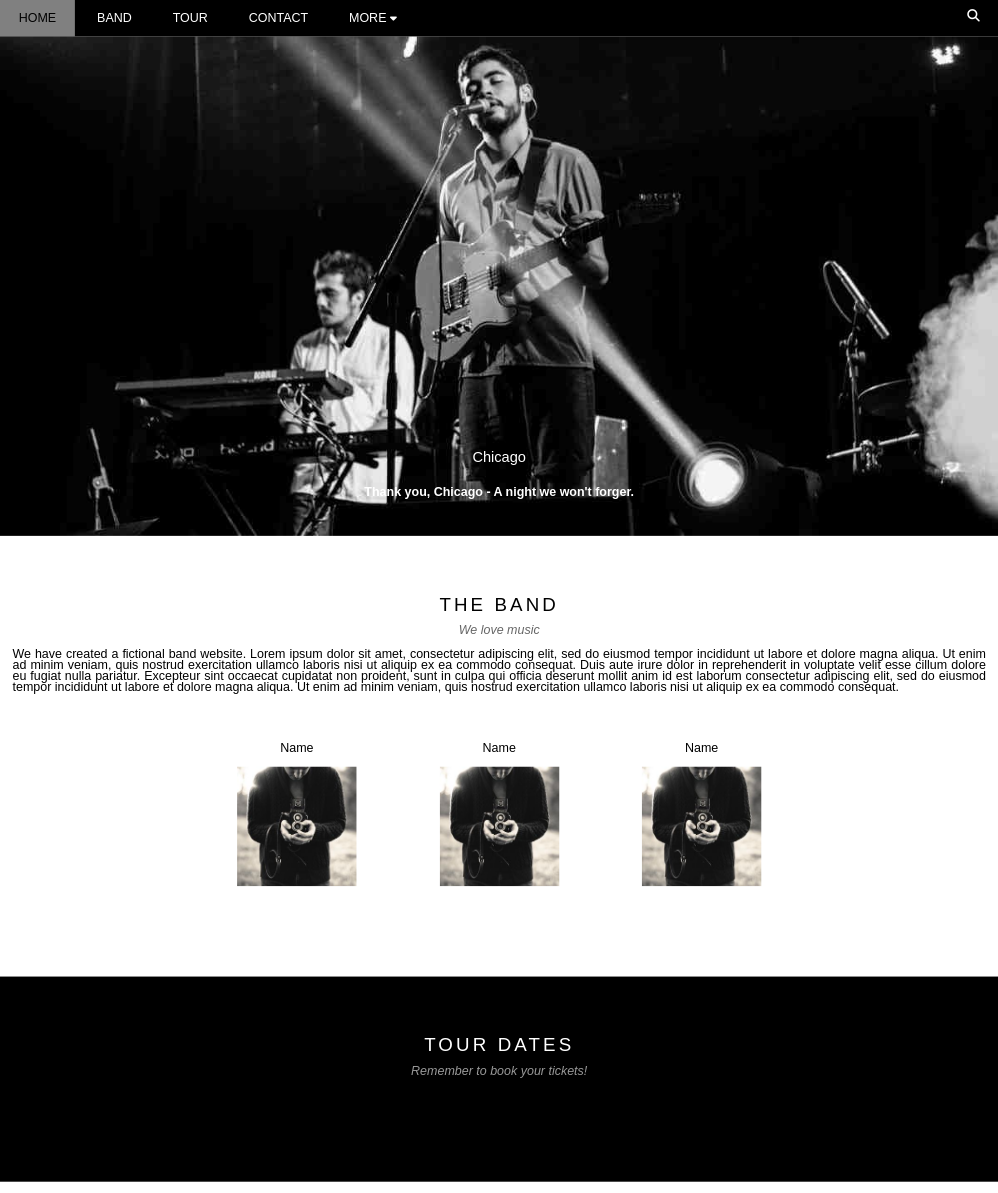
Repository: ngotranphuongbao/theband
Page: index.html
These files come from the project's save history. The page is drawn as it stood at one moment and after the next save; the edit follows.
The browser window is 1280 px wide. The pictures show the whole page, at 78% of full size.
Some web libraries are served in a nearby version.

Above is the page before, as saved 2022-12-21 02:21:39.

After the next save:
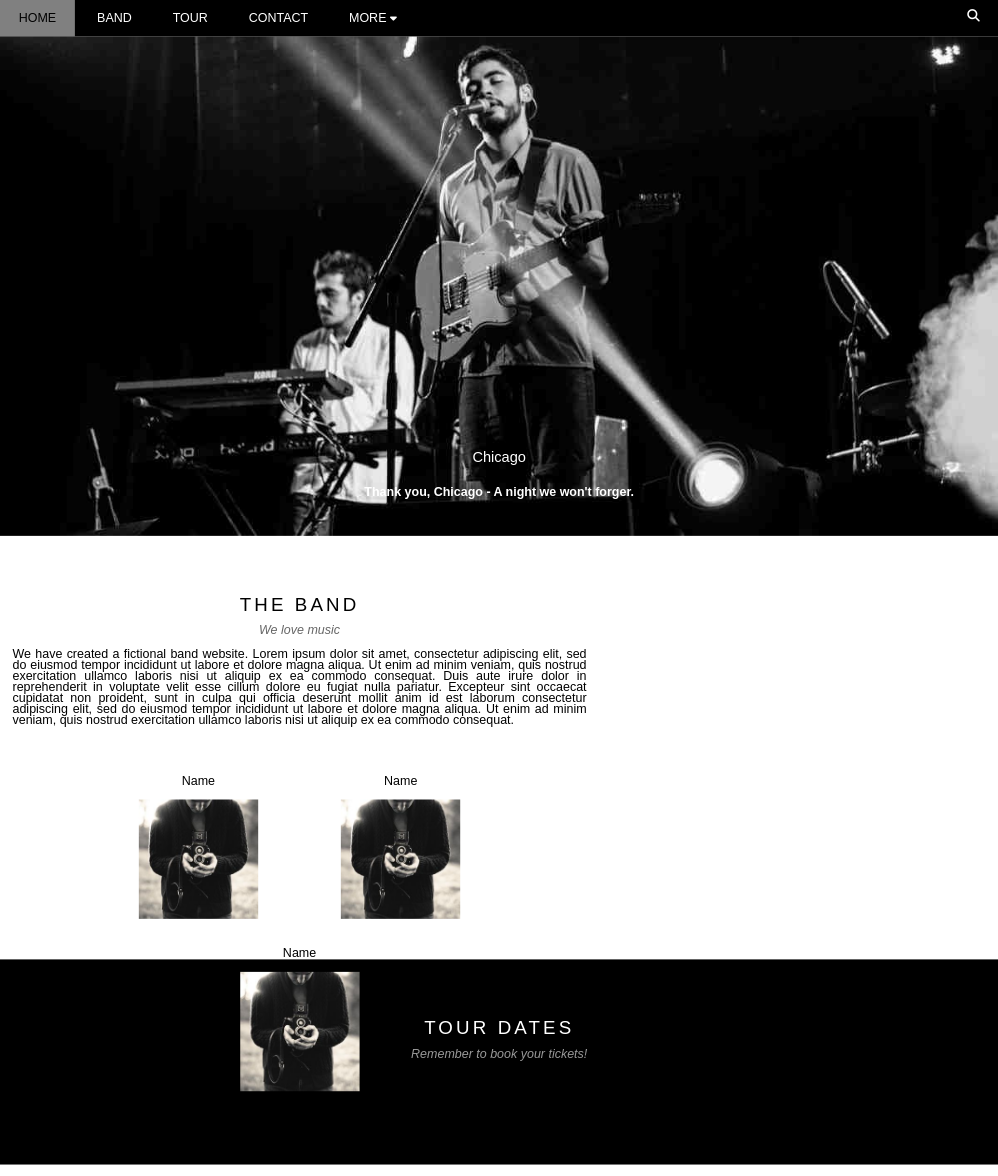
Saved 87 s later.
--- a/assets/css/style.css
+++ b/assets/css/style.css
@@ -118,6 +118,8 @@
 }
 
 #the-band {
+    width: 768px;
+    height: 543.88px;
     padding: 64px 16px;
 }
 
